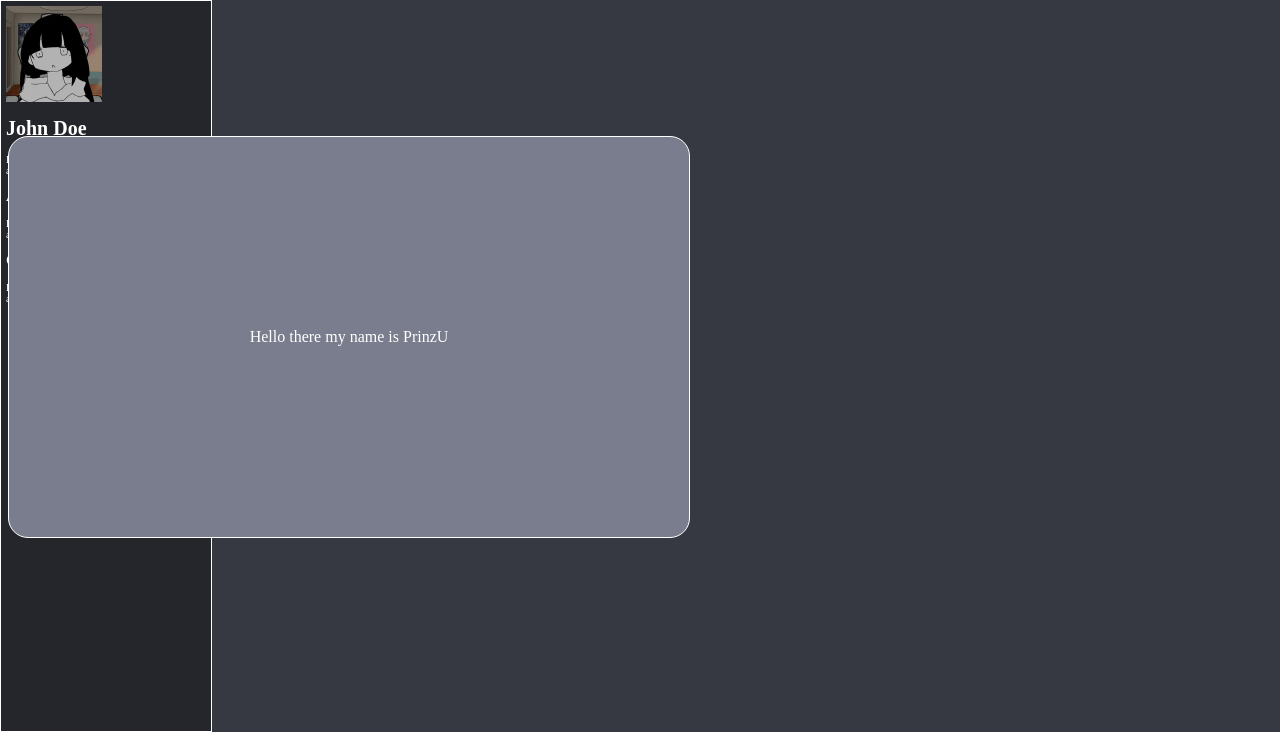
Repository: PrinzAI/PrinzAI.github.io
Page: index.html
The author's editor kept a copy of each file at every save. The page is drawn from the files as they stood at one save, then again after the next save.
The browser window is 1280 px wide. The pictures show the whole page.
Some web fonts or font styles are not loaded; a fallback is used.

Above is the page before, as saved 2022-10-19 11:09:27.

After the next save:
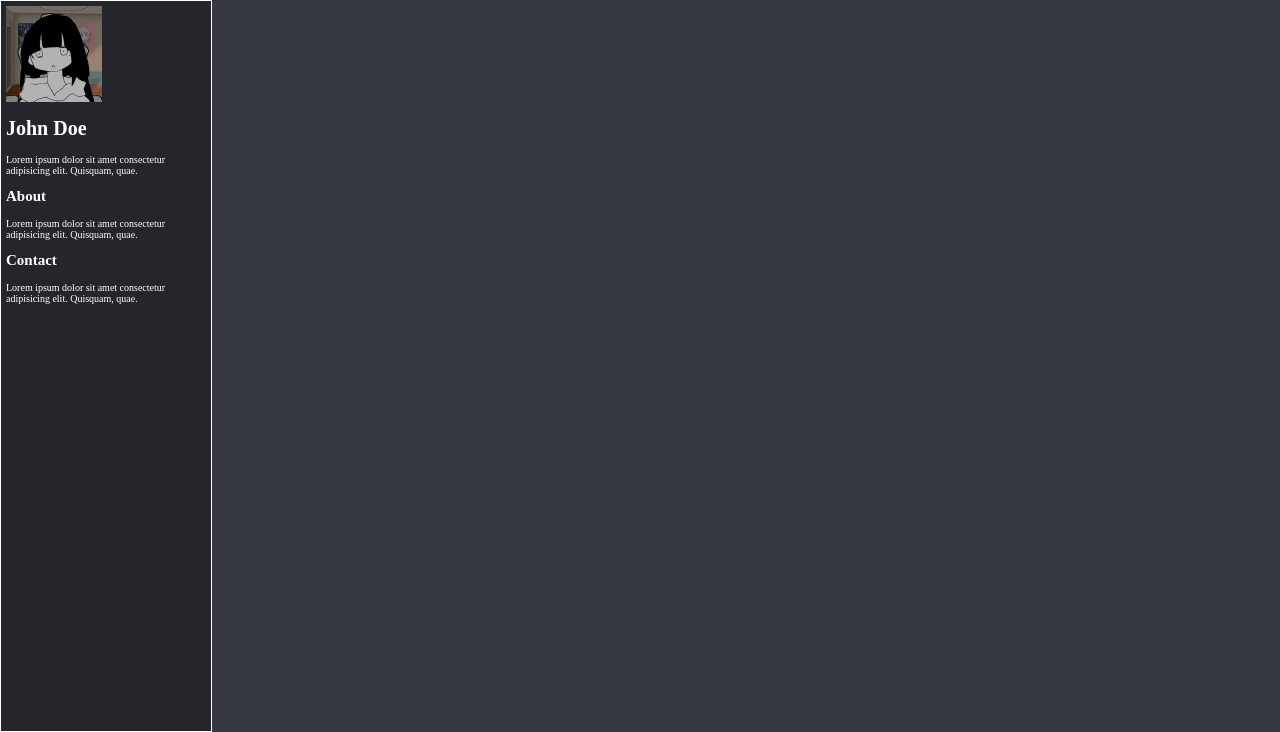
Saved 2 min 45 s later.
--- a/css/index.css
+++ b/css/index.css
@@ -25,23 +25,5 @@
 
 
 .first-container{
-    /*Create a continainer that shows in the center of the screen with border-radius of 20px*/
-    position: absolute;
-    width: 50%;
-    height: 50%;
-    margin: auto;
-    margin-top: 10%;
-    border-radius: 20px;
-    background-color: rgb(122, 125, 141);
-    border: 1px solid white;
-    padding: 20px;
-
-
-    /* Animation section */
-    animation: first-container 1s ease-in-out;
-    animation-fill-mode: forwards;
-    display: flex;
-    flex-direction: column;
-    justify-content: center;
-    align-items: center;
+    /*Create a container that is in the center of the screen */
 }
